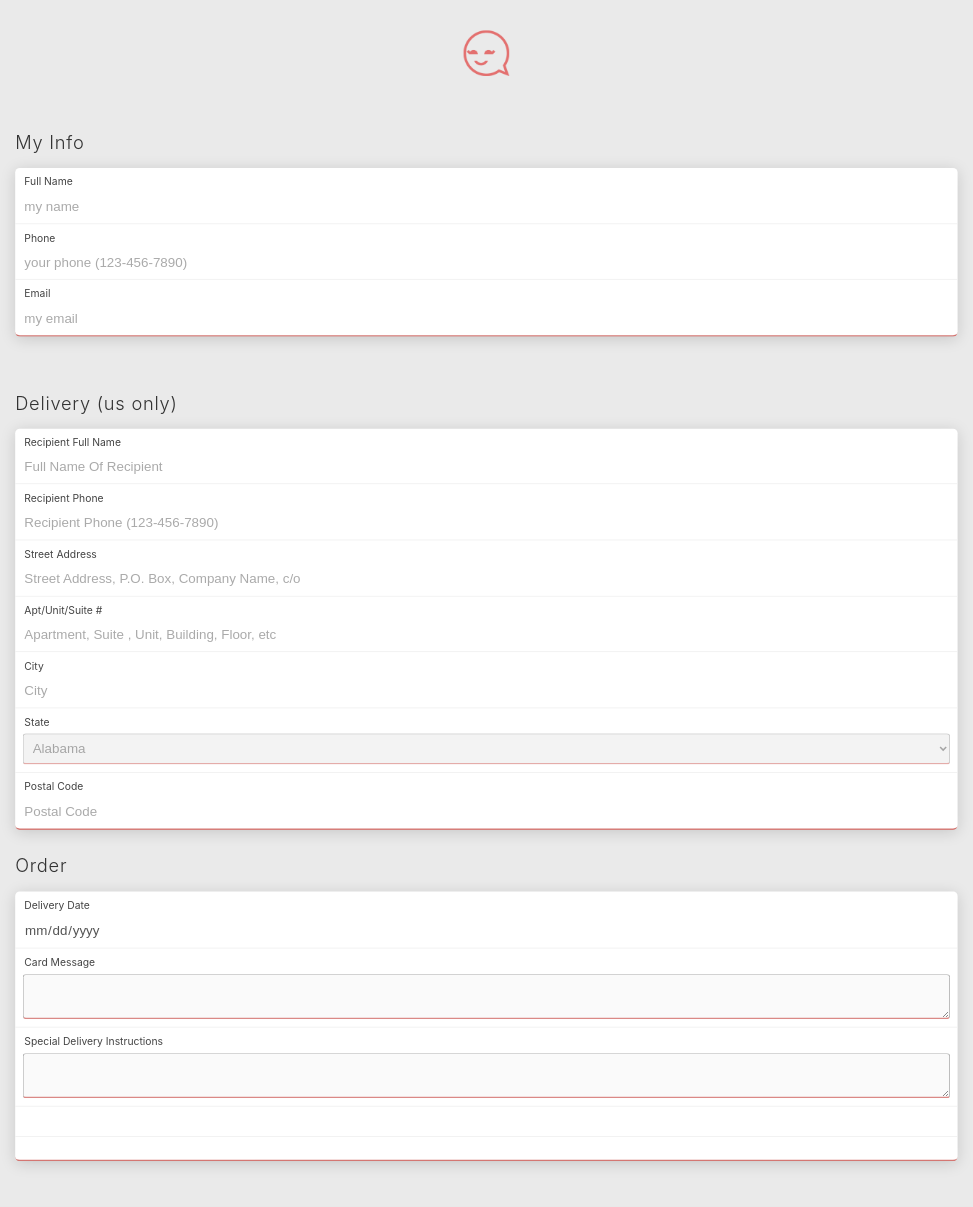
Repository: mattbobgithub/rosybot-ui
Page: rosybot-ui/dist/checkout.html
An editor plug-in stored every save of this project. The page is shown before and after the next save, followed by the edit.
The browser window is 1280 px wide. The pictures show the whole page, at 76% of full size.
The page's requests for data from a server got no answer. Some web libraries are served in a nearby version.

Above is the page before, as saved 2017-10-15 17:32:57.

After the next save:
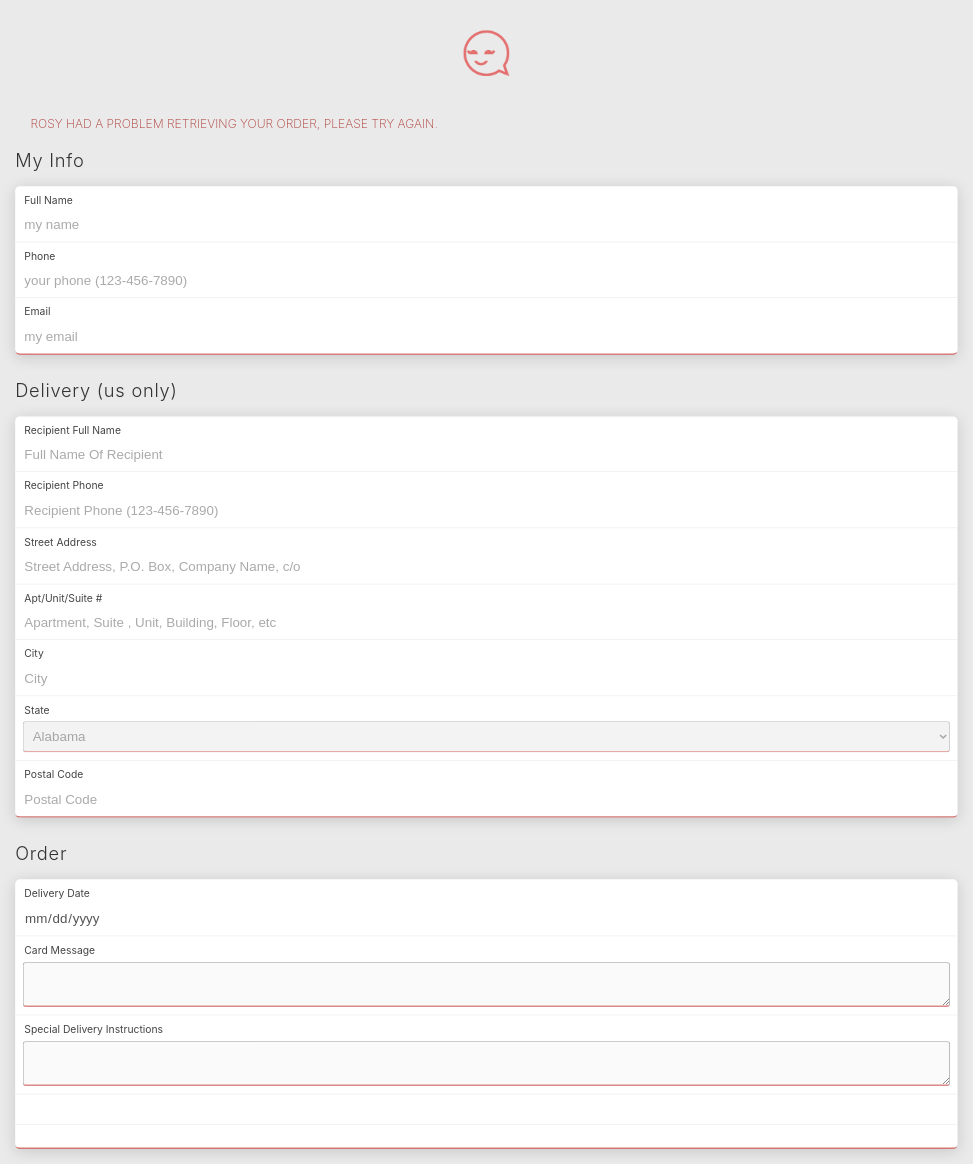
Saved 29 s later.
--- a/rosybot-ui/dist/checkout.html
+++ b/rosybot-ui/dist/checkout.html
@@ -14,7 +14,7 @@
 <body>
 	<div class="logo"></div>
 	<div class="container">
-	<div class="confirm-message" id="confirmMessage1"></div>
+	<div class="confirm-message" id="confirmMessage"></div>
 		<form id="rosyOrder">
 			<input id="id" name="id" type="hidden" required />
 
@@ -38,7 +38,7 @@
 				</div>
 			</div>
 
-	<div class="confirm-message" id="badAddyMessage"></div>
+	<div class="confirm-message" id="addressMessage"></div>
 
 			<h2>Delivery (us only)</h2>
 			<div class="form-groups">
@@ -195,7 +195,7 @@
 
 			</div>
 
-	<div class="confirm-message" id="confirmMessage2"></div>
+	<div class="confirm-message" id="orderMessage"></div>
 
 			<div class="bottom-buttons" id="rosyClickableArea">
 			<div id="updateOrderDiv">
